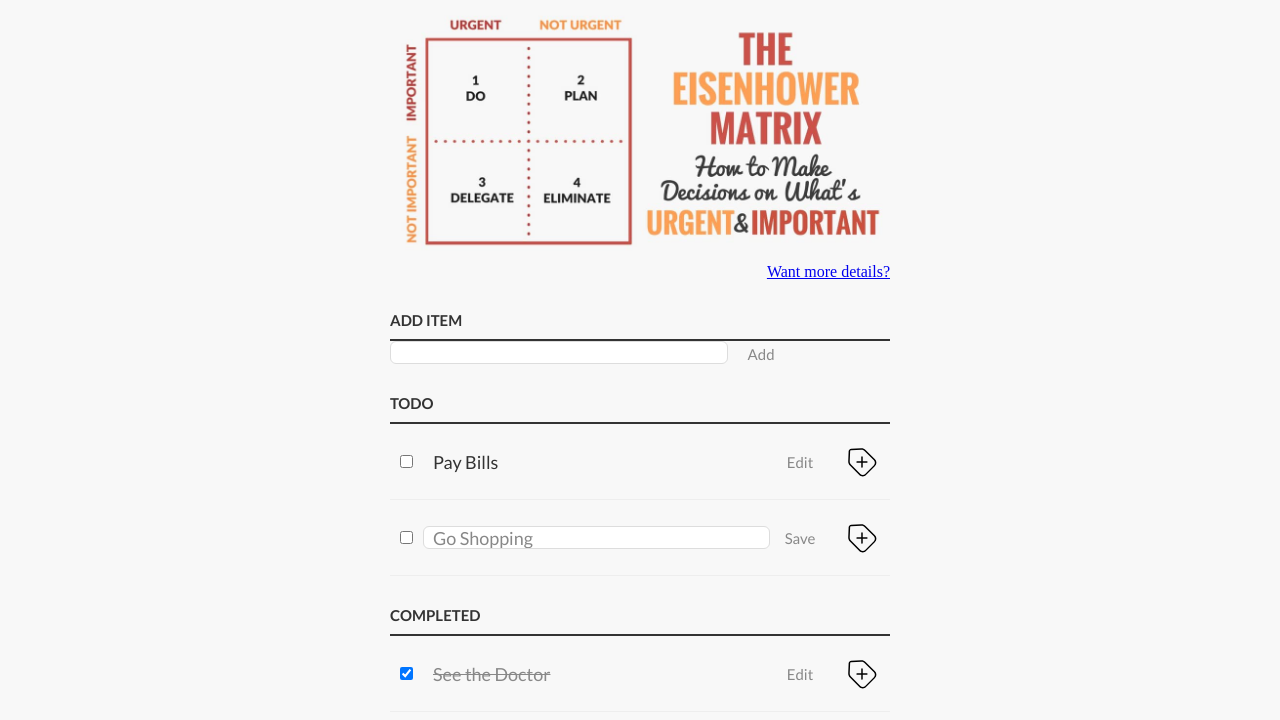
Repository: dev1siWoo/clean-code-s1e1
Page: index.html
These files come from the project's save history. The page is drawn as it stood at one moment and after a run of saves; the edit follows.
The browser window is 1280 px wide. The pictures show the whole page.

Above is the page before, as saved 2024-01-08 23:00:17.

After the next 4 saves:
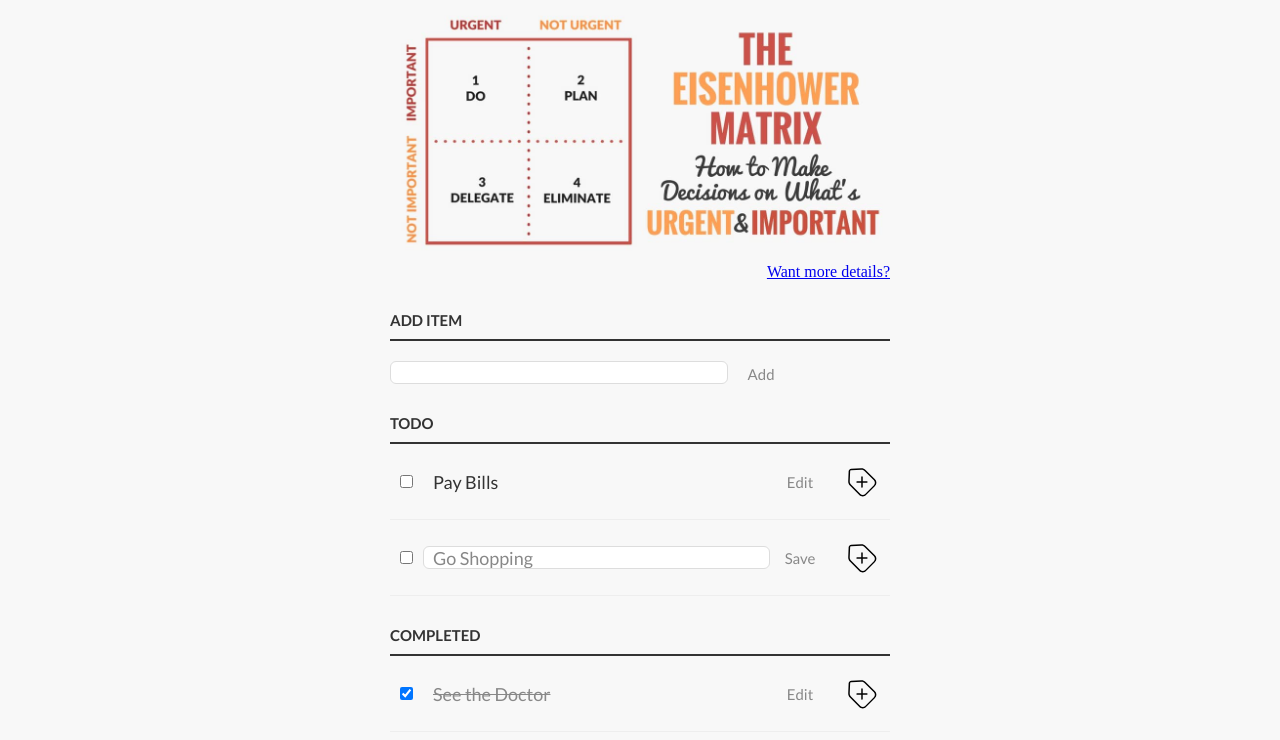
The 4 saves are shown as one change because they came seconds apart.
The last was saved 13 s later.
--- a/style.css
+++ b/style.css
@@ -83,7 +83,7 @@
   text-transform: uppercase;
 }
 
-input[type="text"] {
+.input[type="text"] {
   margin: 0;
   font-size: 18px;
   line-height: 18px;
@@ -96,17 +96,17 @@
   color: #888;
 }
 
-input[type="text"]:focus {
+.input[type="text"]:focus {
   color: #333;
 }
 
 /* New Task */
-label[for="new-task"] {
+.label[for="new-task"] {
   display: block;
   margin: 0 0 20px;
 }
 
-input#new-task {
+.input#new-task {
   width: 318px;
 }
 
